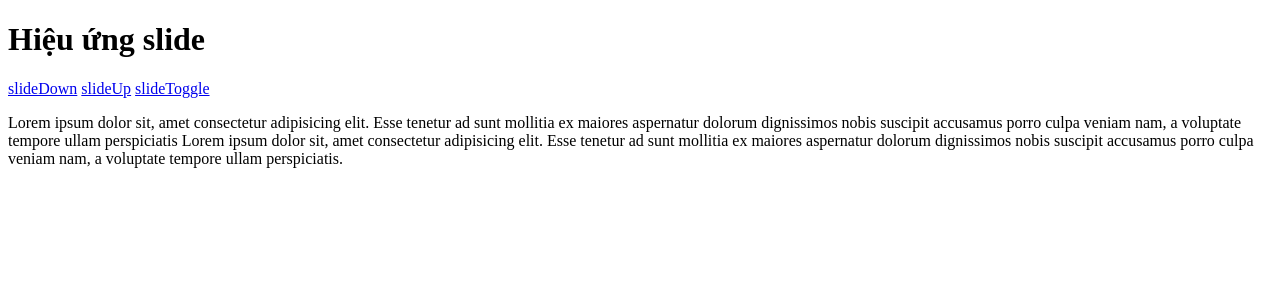
Repository: dinhhaidh/Hi-u-ng-slideDown-slideUp-slideToggle
Page: index.html
These files come from the project's save history. The page is drawn as it stood at one moment and after a run of saves; the edit follows.
The browser window is 1280 px wide. The pictures show the whole page.

Above is the page before, as saved 2024-03-25 09:58:05.

### index.html
<!DOCTYPE html>
<html lang="en">
<head>
    <meta charset="UTF-8">
    <meta name="viewport" content="width=device-width, initial-scale=1.0">
    <title>Hiệu ứng slide</title>
    <script type="text/javascript" src="./js/jquery-3.7.1.min.js"></script>
</head>
<body>
    <style type="text/css">
        #box{
            width: 400px;
            padding: 40px;
            background: #e74c3c;
            color: #fff;
            text-align: center;
            display: none;
        }
    </style>
    <script type="text/javascript">
        $(document).ready(function(){
            // ẩn phần tử theo hướng cuộn lên
            $("#effect-slideUp").click(function(){
                $("#box").slideUp(1000);
            });
            // hiện phần tử theo hướng cuộn xuống
            $("#effect-slideDown").click(function(){
                $("#box").slideDown(1000);
            });
            // cuộn lên, hoặc cuộn xuống theo trang thái
            $("#effect-slideToggle").click(function(){
                $("#box").slideToggle(1000);
            });
        });

    </script>
    <h1>Hiệu ứng slide </h1>
    <a href="#" id="effect-slideDown">slideDown</a>
    <a href="#" id="effect-slideUp">slideUp</a>
    <a href="#" id="effect-slideToggle">slideToggle</a>
    <div id="box">
        Box
    </div>
    <p>Lorem ipsum dolor sit, amet consectetur adipisicing elit. Esse tenetur ad sunt mollitia ex maiores aspernatur dolorum dignissimos nobis suscipit accusamus porro culpa veniam nam, a voluptate tempore ullam perspiciatis Lorem ipsum dolor sit, amet consectetur adipisicing elit. Esse tenetur ad sunt mollitia ex maiores aspernatur dolorum dignissimos nobis suscipit accusamus porro culpa veniam nam, a voluptate tempore ullam perspiciatis.</p>
</body>
</html>

Loaded but not shown: js/jquery-3.7.1.min.js (library)

After the next 6 saves:
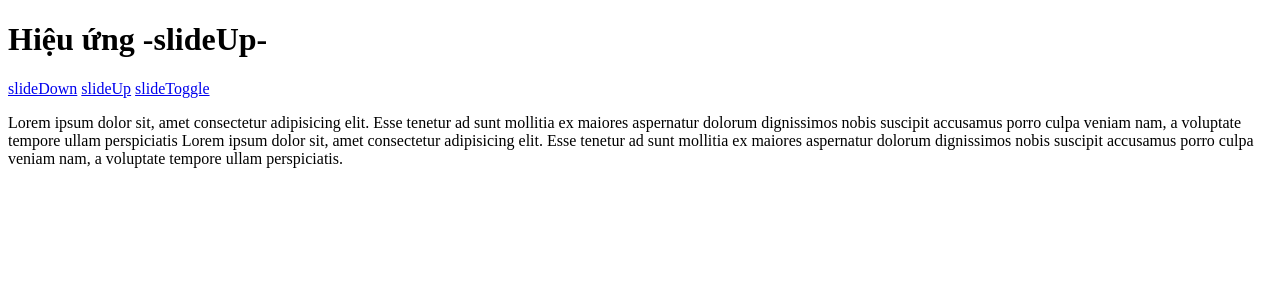
The 6 saves are shown as one change because they came seconds apart.
The last was saved 14 s later.
--- a/index.html
+++ b/index.html
@@ -34,7 +34,7 @@
         });
 
     </script>
-    <h1>Hiệu ứng slide </h1>
+    <h1>Hiệu ứng -slideUp-</h1>
     <a href="#" id="effect-slideDown">slideDown</a>
     <a href="#" id="effect-slideUp">slideUp</a>
     <a href="#" id="effect-slideToggle">slideToggle</a>
